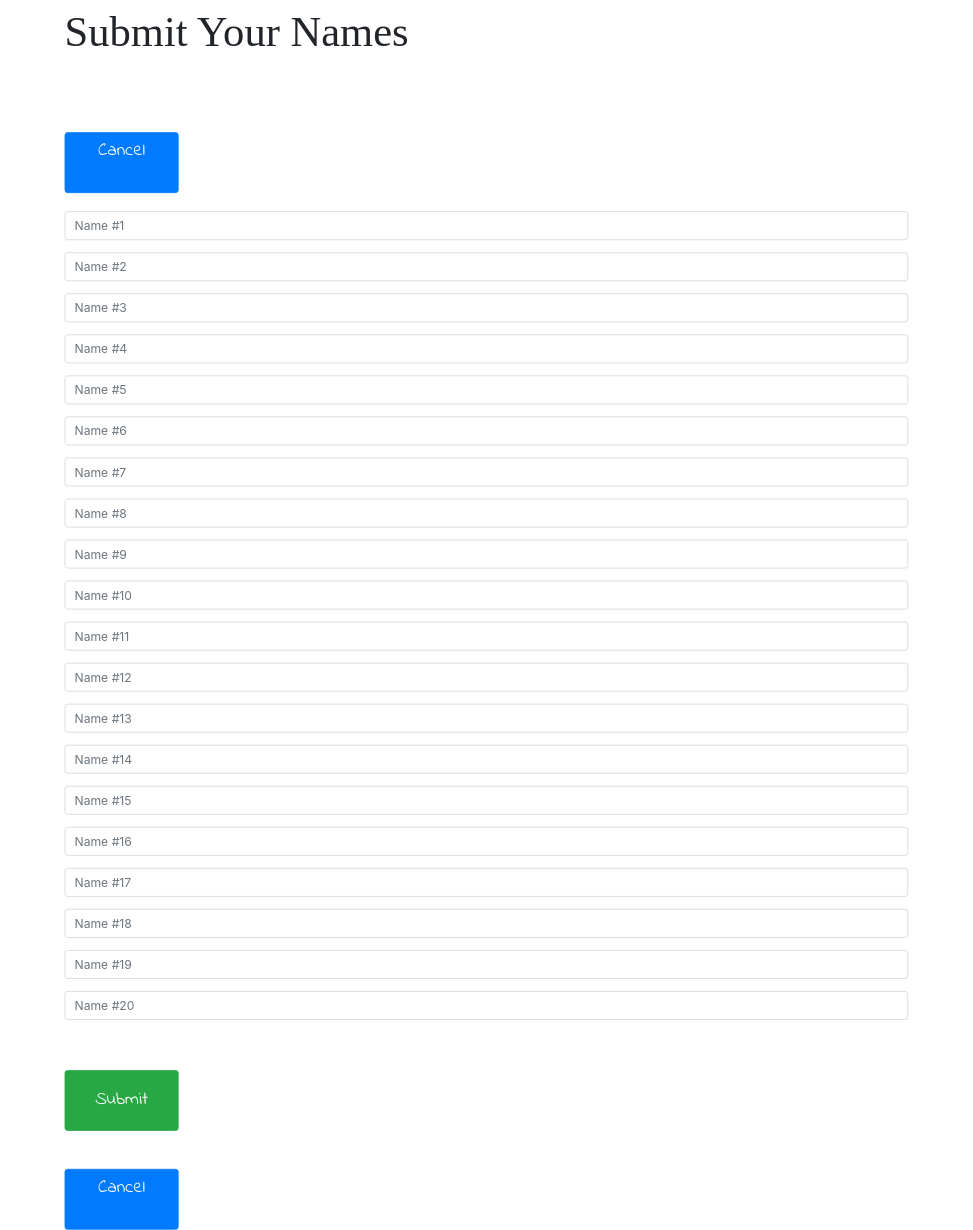
Repository: TaylorD1982/randomizer
Page: submit.html
The author's editor kept a record of every edit. The page is drawn from the files as they stood at one moment, then again after the next edit.
The browser window is 1280 px wide. The pictures show the whole page, at 76% of full size.
Some web fonts or font styles are not loaded; a fallback is used. Some web libraries are served in a nearby version.

Above is the page before.
Console error: ReferenceError: emailjs is not defined

After the next edit:
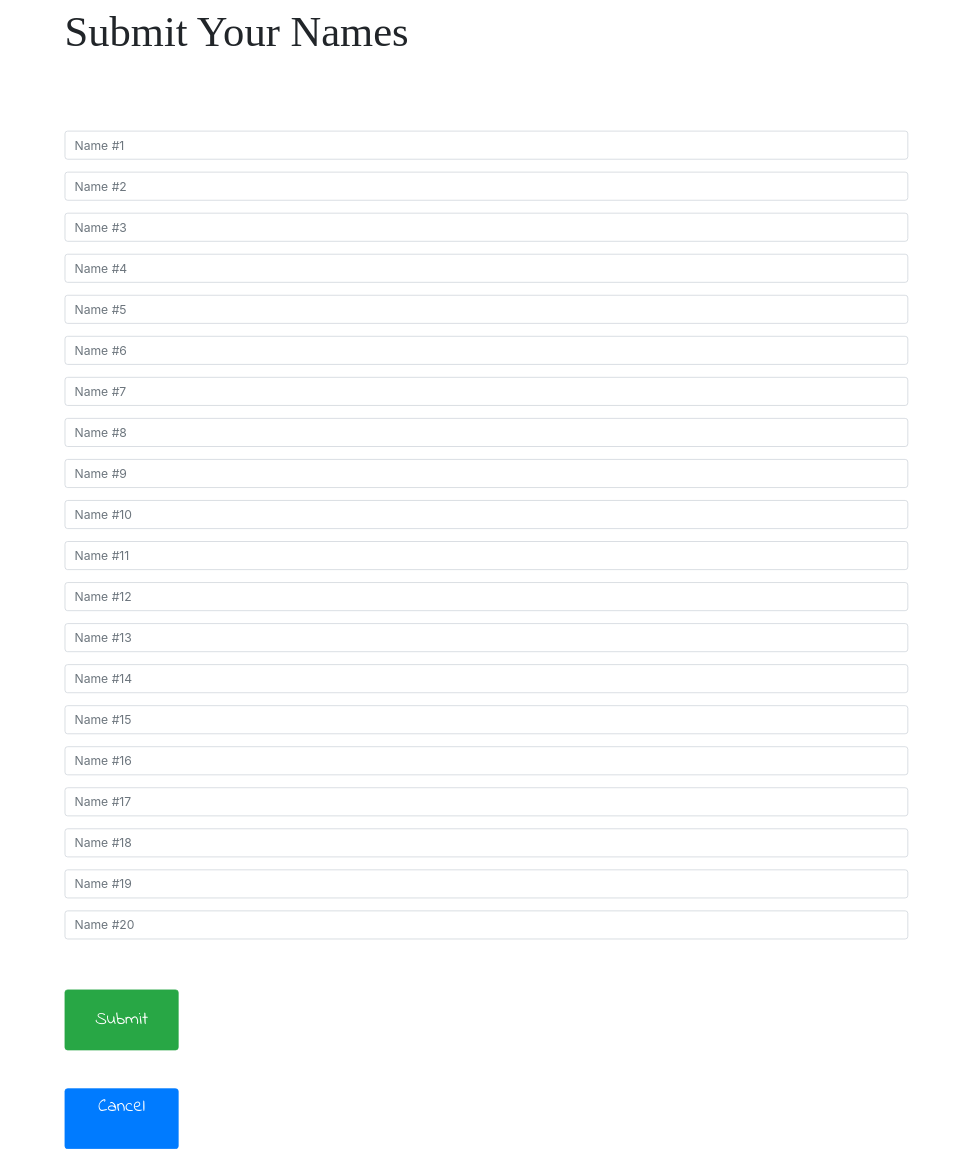
The edit:
--- a/submit.html
+++ b/submit.html
@@ -30,9 +30,6 @@
                     <P class="title">Submit Your Names</P>
                 </div>
                 <br>
-                <a href="submit.html" class="btn btn-primary">
-                      Cancel
-                </a>
                 <br>
                 <br>
                 <form onsubmit="return sendMail(this);">
